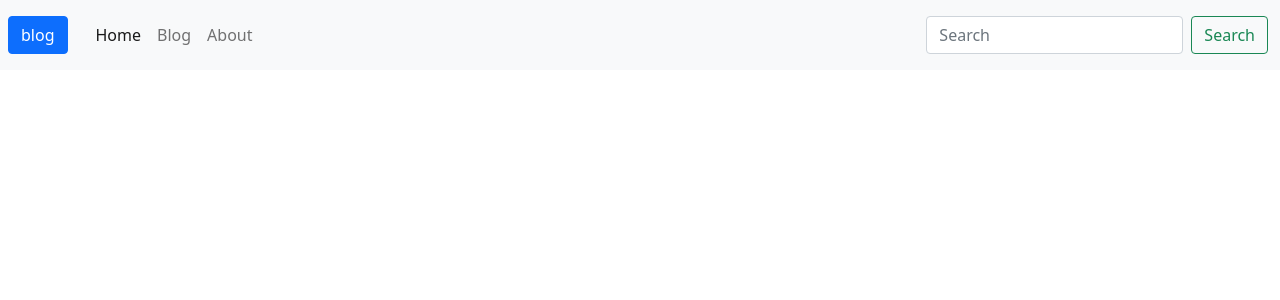
Repository: syni18/bootstrap_blog
Page: index.html
These files come from the project's save history. The page is drawn as it stood at one moment and after the next save; the edit follows.
The browser window is 1280 px wide. The pictures show the whole page.

Above is the page before, as saved 2023-10-25 20:46:30.

After the next save:
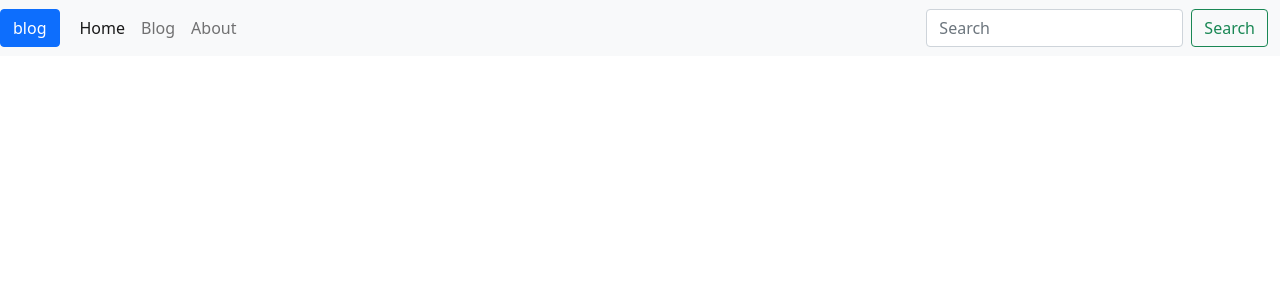
Saved 39 s later.
--- a/index.html
+++ b/index.html
@@ -19,7 +19,7 @@
   <body>
     <nav class="navbar navbar-expand-lg navbar-light bg-light">
       <button
-        class="btn btn-primary m-2"
+        class="btn btn-primary mr-2"
         type="button"
         data-bs-toggle="offcanvas"
         data-bs-target="#offcanvasScrolling"
